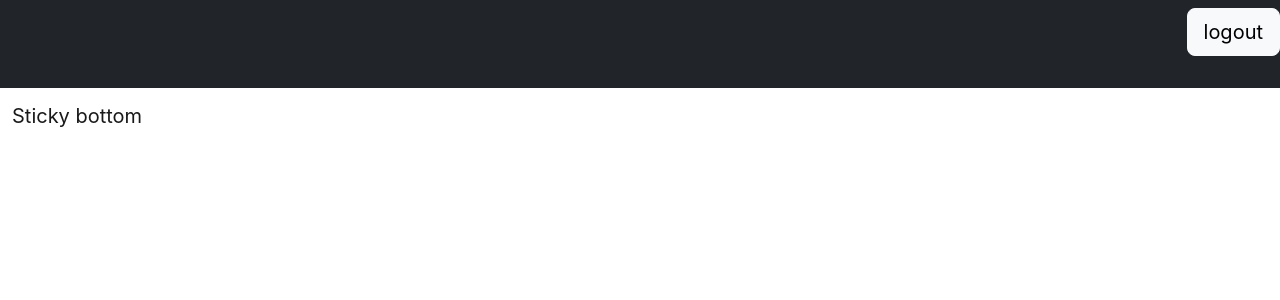
Repository: Sakshamccna/React
Page: /
An editor plug-in stored every save of this project. The page is shown before and after the next save, followed by the edit.
The browser window is 1280 px wide. The pictures show the whole page.
The project was rebuilt for these pictures with package versions that can differ from the ones it lists, and the page was loaded fresh each time.

Above is the page before, as saved 2022-12-26 10:25:11.

After the next save:
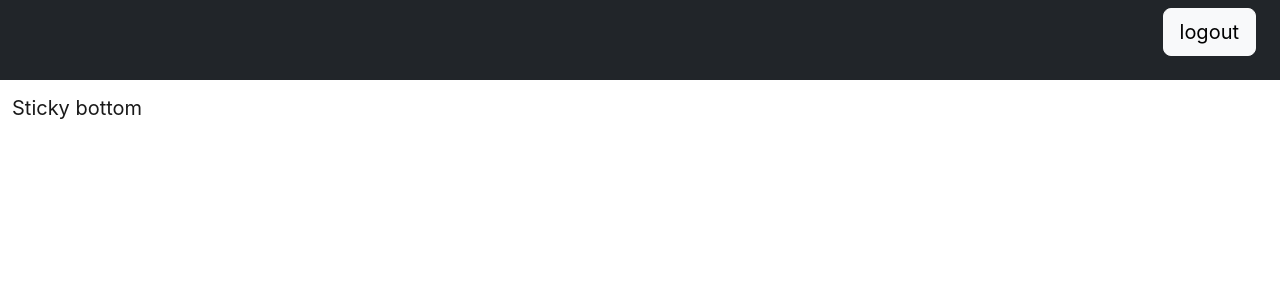
Saved 11 s later.
--- a/src/Components/Headers.tsx
+++ b/src/Components/Headers.tsx
@@ -7,7 +7,7 @@ function Headers() {
             <nav className="navbar sticky-top navbar-lig bg-dark topnav-right">
 
                 <div className="topnav-right">
-                    <div className="d-flex justify-content-center mb-lg-4">
+                    <div className="d-flex justify-content-center mx-4 mb-3 ">
                         <button type="button" className="btn btn-light btn-lg">logout</button>
                     </div>
 
